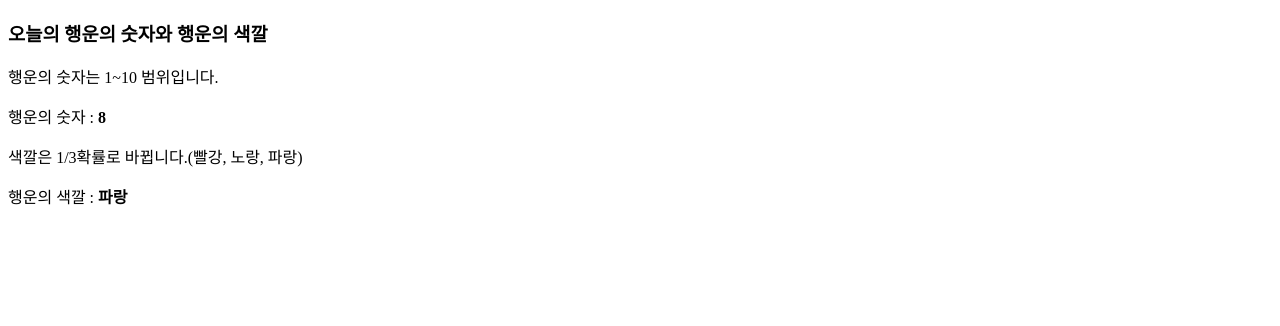
Repository: jjjjjjji-hun/jsp_practice
Page: http://localhost/JSPBasic/jspTag/TagQ01.jsp
The author's editor kept a copy of each file at every save. The page is drawn from the files as they stood at one save, then again after the next save.
The browser window is 1280 px wide. The pictures show the whole page.
The page is served by Tomcat 9.

Above is the page before, as saved 2022-01-28 06:14:52.

After the next save:
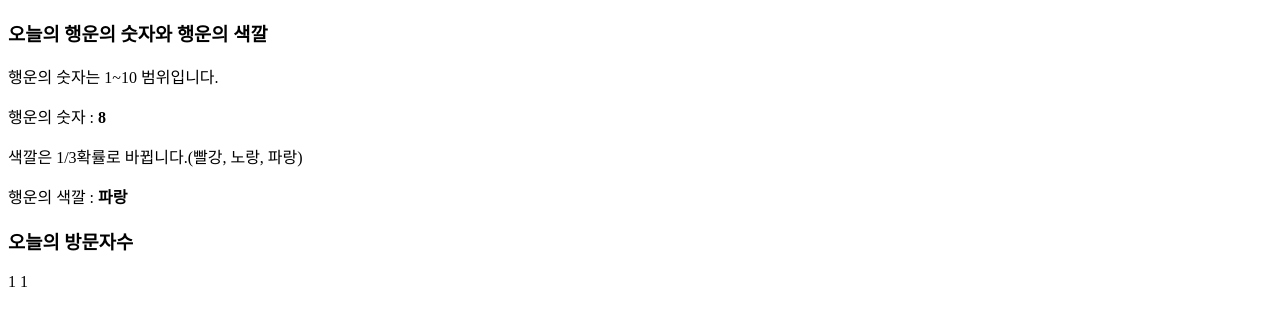
Saved 66 s later.
--- a/JSPBasic/src/main/webapp/jspTag/TagQ01.jsp
+++ b/JSPBasic/src/main/webapp/jspTag/TagQ01.jsp
@@ -37,5 +37,11 @@
 	<p>행운의 숫자 : <b><%= randomNumber() %></b></p>
 	<p>색깔은 1/3확률로 바뀝니다.(빨강, 노랑, 파랑)</p>
 	<p>행운의 색깔 : <b><%= randomColor() %></b></p>
+	<h3>오늘의 방문자수</h3>
+	<%
+		out.println(++total);
+		int currentNum = 0;
+		out.println(++currentNum);
+	%>
 </body>
 </html>
